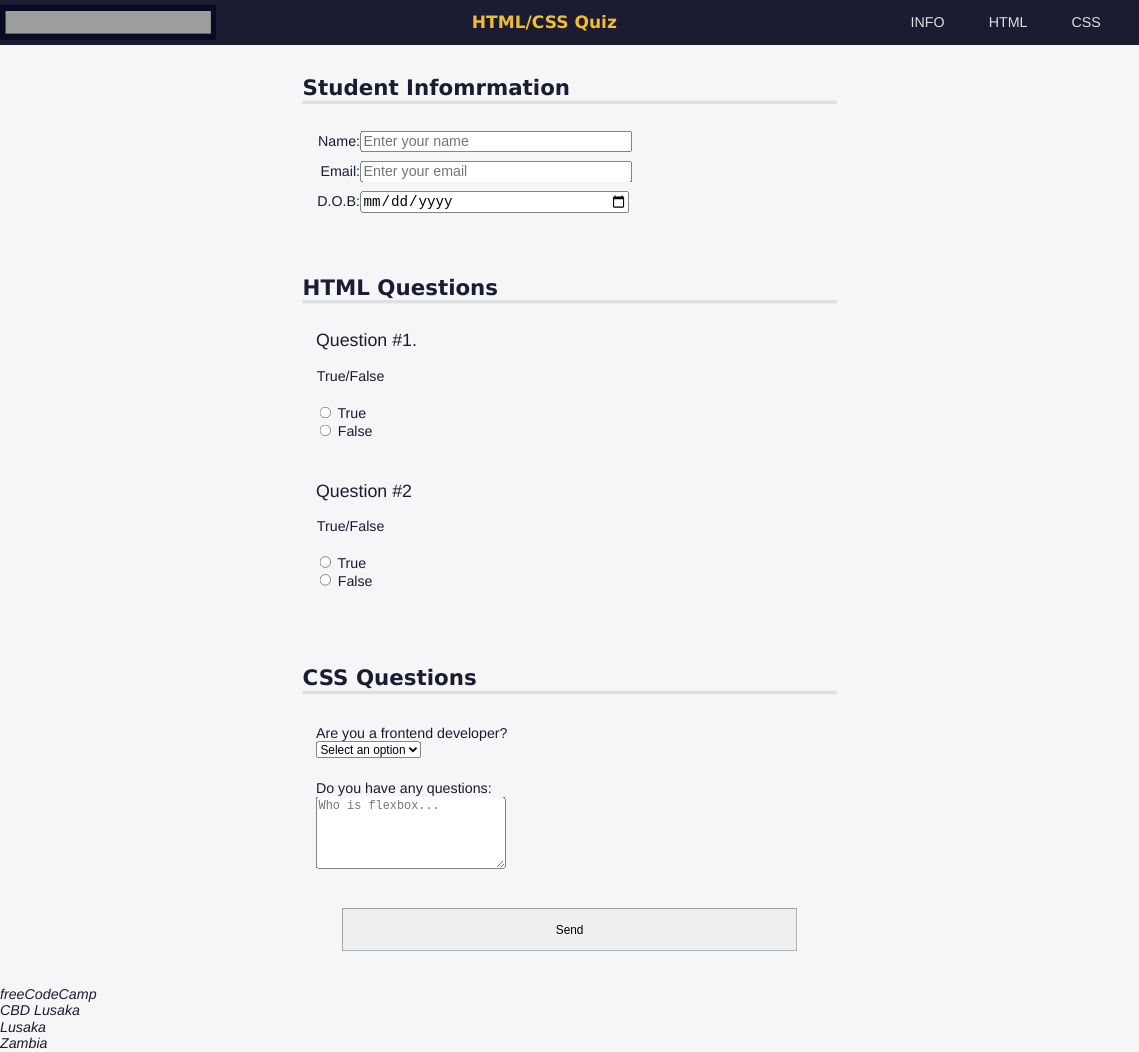
Repository: Lungdjos/accessibility_build_quiz
Page: index.html
These files come from the project's save history. The page is drawn as it stood at one moment and after a run of saves; the edit follows.
The browser window is 1280 px wide. The pictures show the whole page, at 89% of full size.
Pictures or frames that could not be fetched are drawn as grey boxes.

Above is the page before, as saved 2023-10-30 09:49:51.

After the next 2 saves:
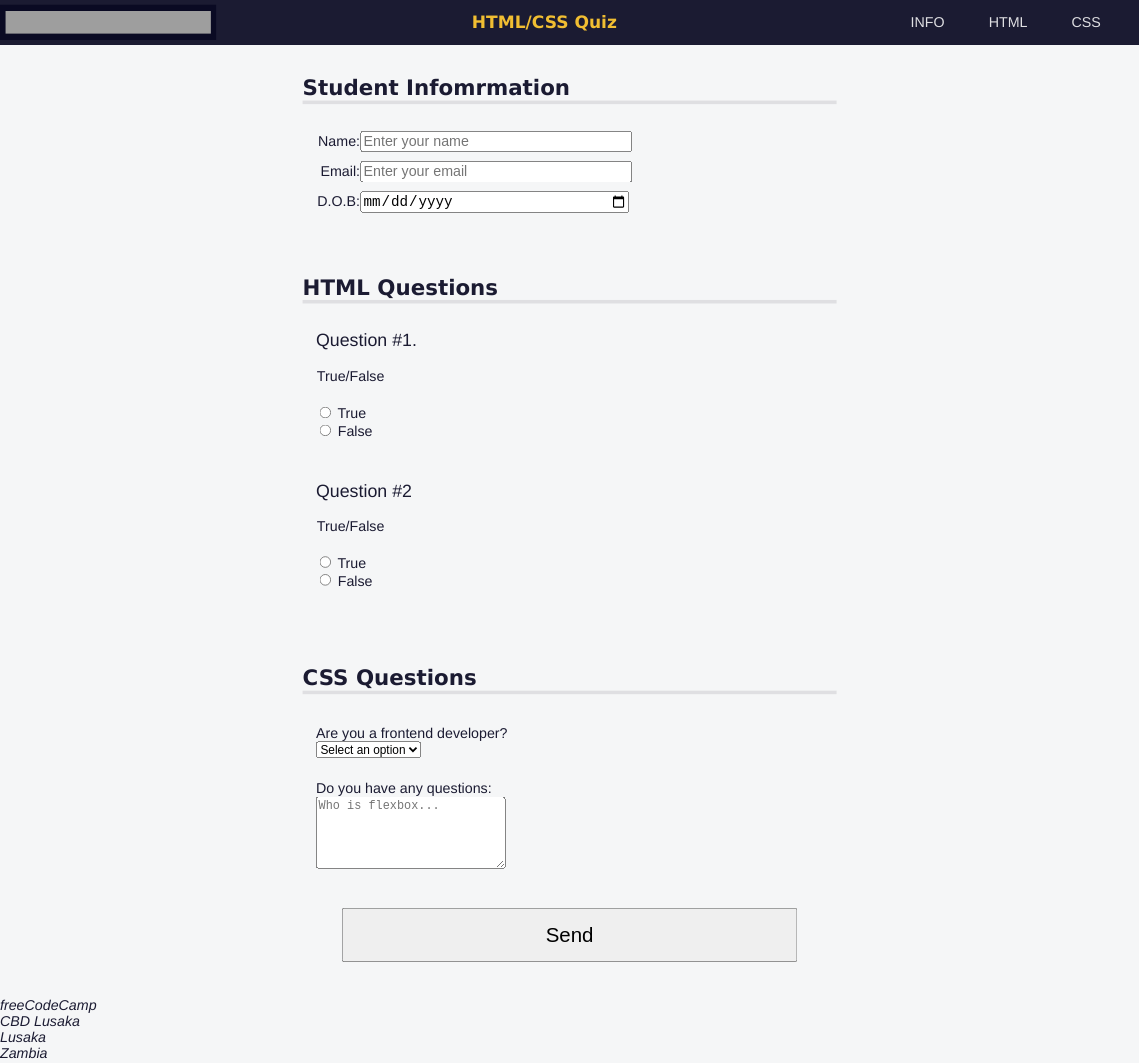
The 2 saves are shown as one change because they came seconds apart.
The last was saved 6 s later.
--- a/styles.css
+++ b/styles.css
@@ -175,7 +175,7 @@ button {
     margin: 40px auto;
     width: 40%;
     padding: 15px;
-    font-size: ;
+    font-size: 23px;
 }
 
 
